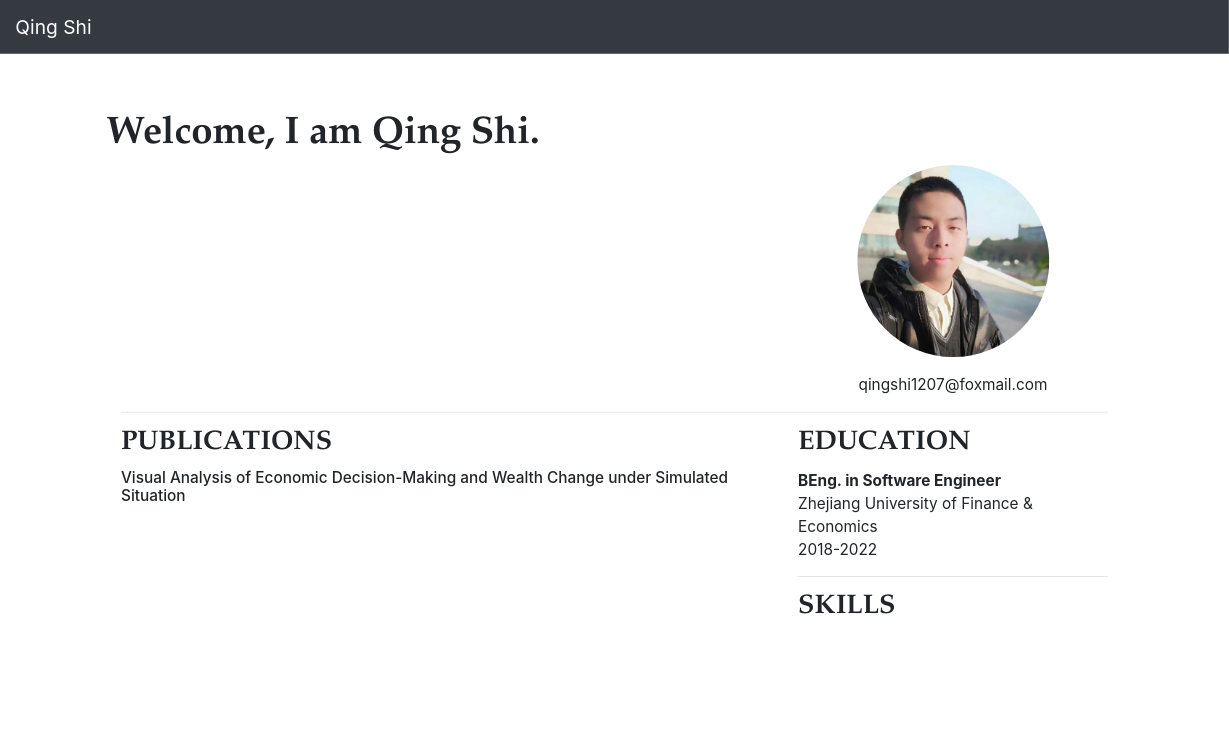
Repository: sqsssq/webpage
Page: index.html
The author's editor kept a copy of each file at every save. The page is drawn from the files as they stood at one save, then again after the next save.
The browser window is 1280 px wide. The pictures show the whole page, at 96% of full size.
Some web libraries are served in a nearby version.

Above is the page before, as saved 2022-03-28 00:50:00.

After the next save:
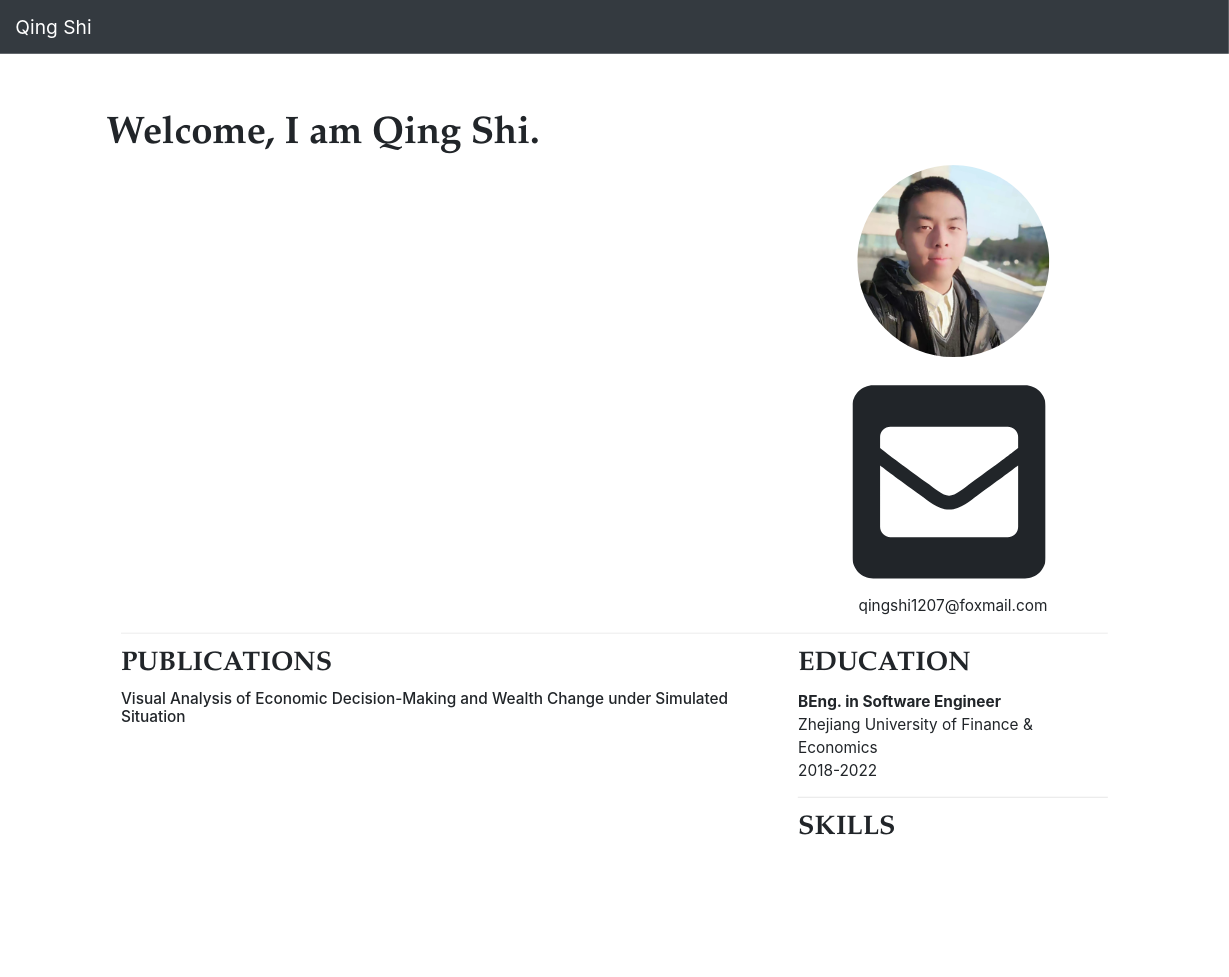
Saved 2 min 14 s later.
--- a/index.html
+++ b/index.html
@@ -1,6 +1,6 @@
 <!--
  * @Author: Qing Shi
- * @LastEditTime: 2022-03-28 00:48:01
+ * @LastEditTime: 2022-03-28 00:52:13
  * @Knowledge:
  * @Description: my homepage
  * @Attention:
@@ -51,6 +51,7 @@
             <div class="webPhoto col-lg-4">
                 <img src="photo/sq3.jpg">
                 <div class="info">
+                    <svg class="svg-inline--fa fa-envelope-square fa-w-14 fa-fw fa-lg mr-2" aria-hidden="true" focusable="false" data-prefix="fas" data-icon="envelope-square" role="img" xmlns="http://www.w3.org/2000/svg" viewBox="0 0 448 512" data-fa-i2svg=""><path fill="currentColor" d="M400 32H48C21.49 32 0 53.49 0 80v352c0 26.51 21.49 48 48 48h352c26.51 0 48-21.49 48-48V80c0-26.51-21.49-48-48-48zM178.117 262.104C87.429 196.287 88.353 196.121 64 177.167V152c0-13.255 10.745-24 24-24h272c13.255 0 24 10.745 24 24v25.167c-24.371 18.969-23.434 19.124-114.117 84.938-10.5 7.655-31.392 26.12-45.883 25.894-14.503.218-35.367-18.227-45.883-25.895zM384 217.775V360c0 13.255-10.745 24-24 24H88c-13.255 0-24-10.745-24-24V217.775c13.958 10.794 33.329 25.236 95.303 70.214 14.162 10.341 37.975 32.145 64.694 32.01 26.887.134 51.037-22.041 64.72-32.025 61.958-44.965 81.325-59.406 95.283-70.199z"></path></svg>
                     qingshi1207@foxmail.com
                 </div>
             </div>
